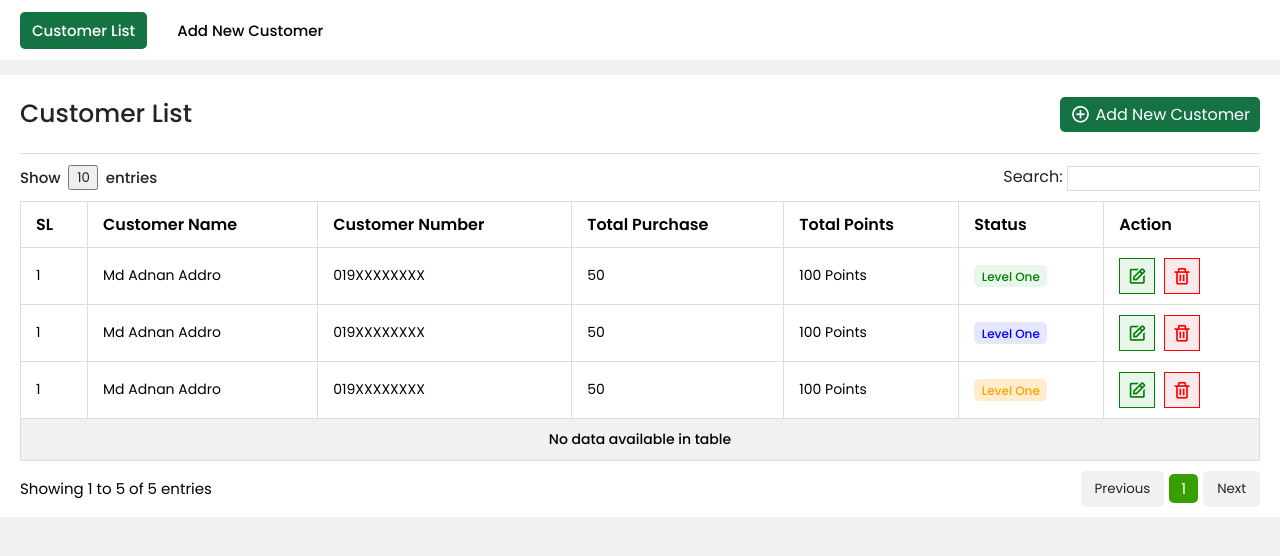
Repository: codebyaddro/customer-page
Page: customer.html
These files come from the project's save history. The page is drawn as it stood at one moment and after a run of saves; the edit follows.
The browser window is 1280 px wide. The pictures show the whole page.

Above is the page before, as saved 2025-02-20 14:47:32.

After the next 7 saves:
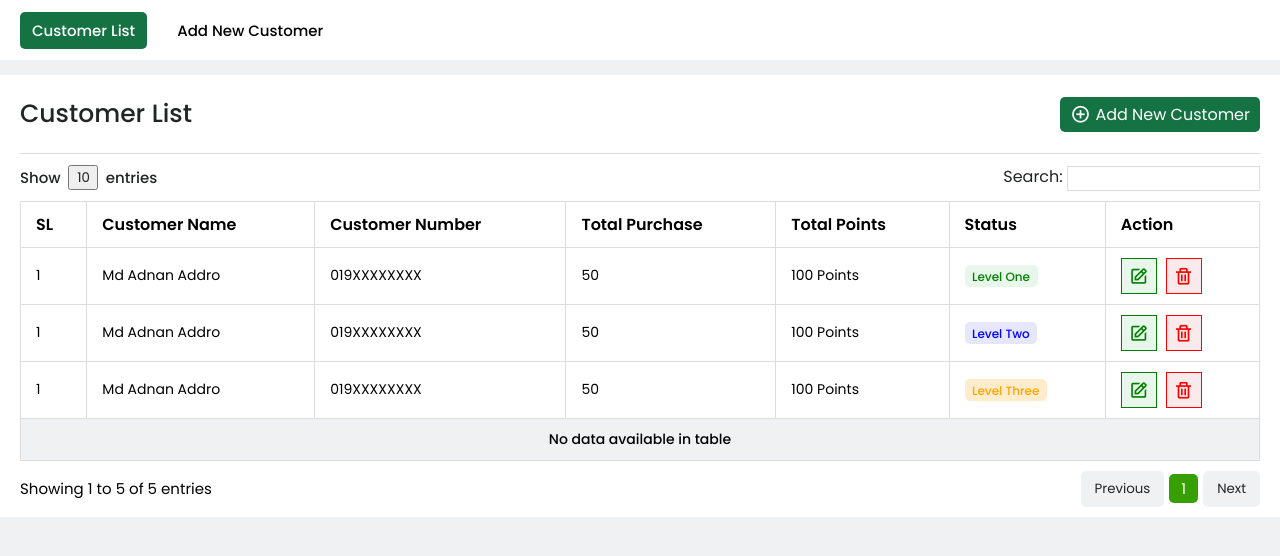
The 7 saves are shown as one change because they came seconds apart.
The last was saved 20 s later.
--- a/customer.html
+++ b/customer.html
@@ -74,7 +74,7 @@
                             <td>019XXXXXXXX</td>
                             <td>50</td>
                             <td><span>100</span> Points</td>
-                            <td><span class="cba-cusc-ls2">Level One</span></td>
+                            <td><span class="cba-cusc-ls2">Level Two</span></td>
                             <td>
                                 <a title="Edit" href="#"><i class='cba-cusc-edit-icon bx bx-edit'></i></a>
                                 <a title="Delete" href="#"><i class='cba-cusc-delete-icon bx bx-trash'></i></a>
@@ -86,7 +86,7 @@
                             <td>019XXXXXXXX</td>
                             <td>50</td>
                             <td><span>100</span> Points</td>
-                            <td><span class="cba-cusc-ls3">Level One</span></td>
+                            <td><span class="cba-cusc-ls3">Level Three</span></td>
                             <td>
                                 <a title="Edit" href="#"><i class='cba-cusc-edit-icon bx bx-edit'></i></a>
                                 <a title="Delete" href="#"><i class='cba-cusc-delete-icon bx bx-trash'></i></a>
